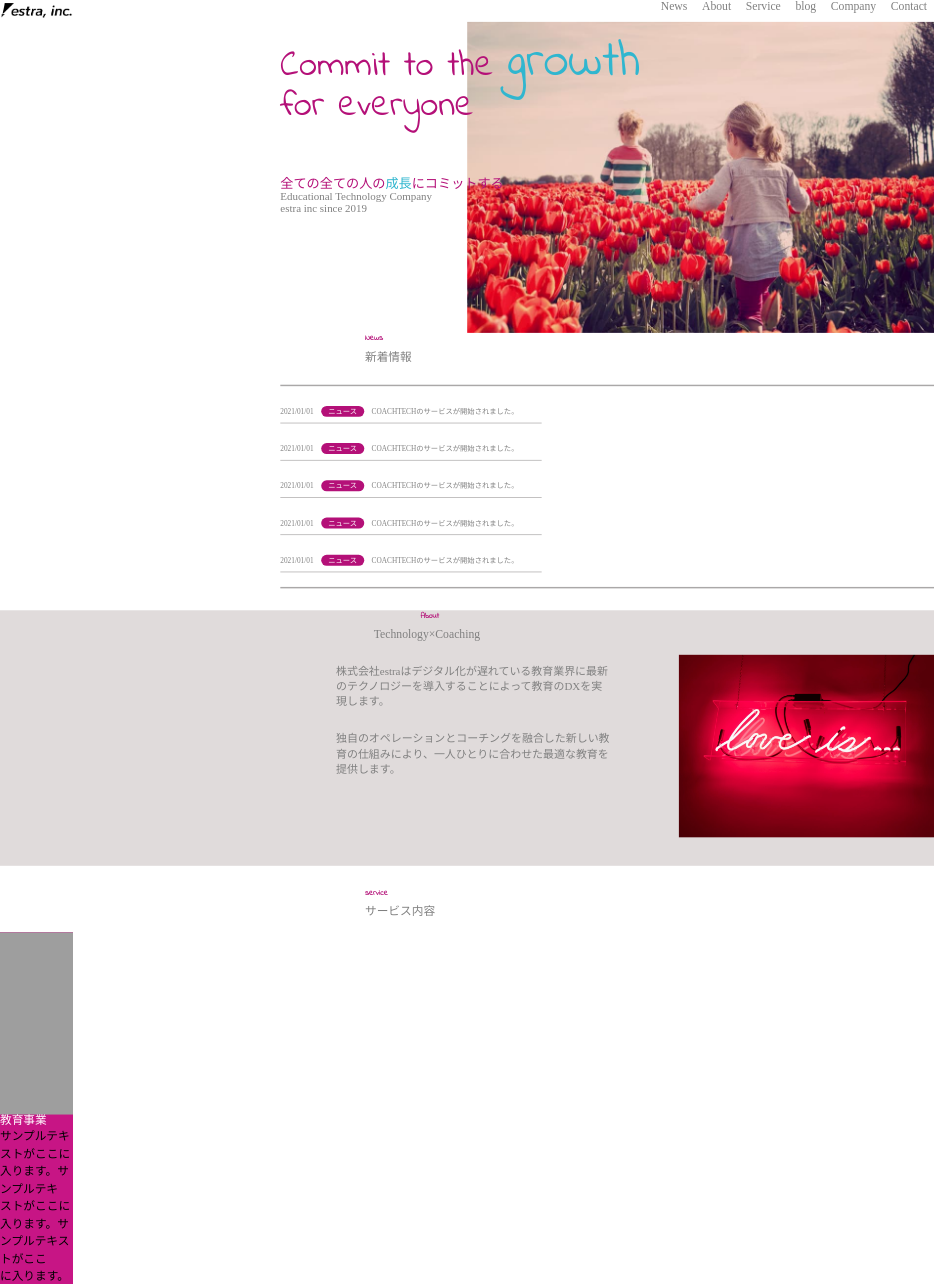
Repository: sigemasaasuka/20210902
Page: index.html
An editor plug-in stored every save of this project. The page is shown before and after the next save, followed by the edit.
The browser window is 1280 px wide. The pictures show the whole page, at 73% of full size.
Pictures or frames that could not be fetched are drawn as grey boxes.

Above is the page before, as saved 2021-09-25 20:52:28.

### index.html
<!DOCTYPE html>
<html lang="ja">

<head>
  <meta charset="UTF-8">
  <meta name="viewport" content="width=device-width, initial-scale=1.0">
  <title>Document</title>
  <link rel="stylesheet" href="css/style.css">
  <link rel="stylesheet" href="css/reset.css">
  <link rel="preconnect" href="https://fonts.googleapis.com">
  <link rel="preconnect" href="https://fonts.gstatic.com" crossorigin>
  <link href="https://fonts.googleapis.com/css2?family=Indie+Flower&display=swap" rel="stylesheet">
</head>

<body>
  <div class="flex">
    <div class="logo">
      <img src="img/img/estra_logo.png" alt="estra_logo" width="100px" height="30px">
    </div>
    <div class="parent">
      <div class="child">News</div>
      <div class="child">About</div>
      <div class="child">Service</div>
      <div class="child">blog</div>
      <div class="child">Company</div>
      <div class="child">Contact</div>

    </div>
  </div>
  <div class="relative">
    <img class="relative__img" src="img/img/firstview.jpg" alt="firstview">
    <div class="example">
      <h1>Commit to the <span class="document"> growth</span> <br>for everyone</h1>
    </div>
    <div class="second">
      <h3>全ての全ての人の<span class="second-txt">成長</span>にコミットする</h3>
      <p class="subtitle">Educational Technology Company<br>estra inc since 2019</p>
    </div>
  </div>
  <div class="smlltitle">
    <h6>News</h6>
  </div>
  <div class="list">
    <h3>新着情報</h3>
  </div>
  <div class="local">
    <div class="info">
      <p>
        2021/01/01　<a class="practice__btn">ニュース</a>　COACHTECHのサービスが開始されました。
      </p>
    </div>
    <div class="info">
      <p>
        2021/01/01　<a class="practice__btn">ニュース</a>　COACHTECHのサービスが開始されました。
      </p>
    </div>
    <div class="info">
      <p>
        2021/01/01　<a class="practice__btn">ニュース</a>　COACHTECHのサービスが開始されました。
      </p>
    </div>
    <div class="info">
      <p>
        2021/01/01　<a class="practice__btn">ニュース</a>　COACHTECHのサービスが開始されました。
      </p>
    </div>
    <div class="info">
      <p>
        2021/01/01　<a class="practice__btn">ニュース</a>　COACHTECHのサービスが開始されました。
      </p>
    </div>
  </div>
  <div class="colored">
    <div class="smlltitle-2">
      <h6>About</h6>
    </div>
    <div class="list-2">
      <h3>Technology×Coaching</h3>
    </div>
    <div class="flex">
    <div class="info-txt">
      <div class="relate">
        株式会社estraはデジタル化が遅れている教育業界に最新のテクノロジーを導入することによって教育のDXを実現します。
      </div>
      <div class="relate-txt">
        独自のオペレーションとコーチングを融合した新しい教育の仕組みにより、一人ひとりに合わせた最適な教育を提供します。
      </div>

    </div>
      <div class="about">
        <img class="picture__img" src="img/img/about.jpg" alt="about">
      </div>
  </div>
  </div>

  <div class="service">
  <div class="smlltitle-3">
    <h6>service</h6>
  </div>
  <div class="list-3">
    <h3>サービス内容</h3>
  </div>
  <div class="colored2">
  <div class="photo">
    <img class="service__img" src="img/img/service__fitst.svg" alt="service">
  </div>
  <div class="title">
    <h3>教育事業</h3>
   </div>
  <div class="explain">
    サンプルテキストがここに入ります。サンプルテキ<br>ストがここに入ります。サンプルテキストがここ<br>に入ります。
  </div>
</div>
</div>


</body>

</html>

### css/style.css
.img {
  text-align: left;
}

.parent {
  display: flex;
  justify-content: space-between;
  color: gray;
}

.child {
  margin: 0 10px;
  font-weight: lighter;
}

.logo {
  width: 100px;
}
.flex {
  display: flex;
  justify-content: space-between;
  height: 30px;
}

.relative {
  position: relative;
}

.relative__img {
  margin: 0 0 0 auto;
  display: block;
  width: 50%;
}

.example {
  position: absolute;
  top: 5%;
  left: 30%;
  font-size: 50px;
  color: #b41078;
  font-family: "Indie Flower", cursive;
}

.document {
  top: 5%;
  left: 30%;
  font-size: 70px;
  color: #30b6cf;
  font-family: "Indie Flower", cursive;
}

.second {
  position: absolute;
  top: 50%;
  left: 30%;
  font-size: 18px;
  color: #b41078;
}

.second-txt {
  top: 50%;
  left: 30%;
  font-size: 18px;
  color: #30b6cf;
}

.subtitle {
  margin: 0;
  font-size: 15px;
  color: gray;
  font-weight: lighter;
}

.smlltitle {
  color: #b41078;
  font-family: "Indie Flower", cursive;
  margin-left: 500px;
}

.list {
  color: gray;
  margin-left: 500px;
  margin-top: 10px;
}

.local {
  margin-top: 30px;
  margin-left: 30%;
  margin-right: 30px;
  border-color: rgb(170, 168, 168);
  border-top: solid 2px rgb(170, 168, 168);
  border-bottom: solid 2px rgb(170, 168, 168);
  width: 70%;
}

.info {
  margin-bottom: 20px;
  border-width: 0 0 1px 0;
  border-style: solid;
  line-height: 30px;
  border-color: rgb(173, 171, 171);
  margin-top: 20px;
  padding-left: 0;
  font-size: 10px;
  color: gray;
  width: 40%;
}

.practice__btn {
  width: 100px;
  padding: 2px 10px;
  color: #fff;
  border-radius: 30px;
  background-color: #b41078;
  text-align: center;
  margin: 0 auto 0;
}

.colored {
  height: 350px;
  background-color: rgb(224, 219, 219);
  margin-top: 30px;
}
.smlltitle-2 {
  color: #b41078;
  font-family: "Indie Flower", cursive;
  margin-left: 45%;
}

.list-2 {
  color: gray;
  margin-left: 40%;
  margin-top: 10px;
}

.relate {
  color: gray;
  font-size: 15px;
  margin-left: 55%;
  margin-top: 30px;
}

.relate-txt {
  color: gray;
  font-size: 15px;
  margin-left: 55%;
  margin-top: 30px;
}

.picture__img {
  margin-top: 20px;
  width: 350px;
  height: 250px;
}

.smlltitle-3 {
  color: #b41078;
  font-family: "Indie Flower", cursive;
  margin-left: 500px;
  margin-top: 30px;
}

.list-3 {
  color: gray;
  margin-left: 500px;
  margin-top: 10px;
}
.colored2 {
  background-color: #c71585;
  margin-top: 20px;
  width: 100px;
  height: ;
}

.service__img {
  width: 350px;
  height: 250px;
}

.title {
  color: #fff;
}

.photo {
  font-size: 15px;
  color: #fff;
}

### css/reset.css
@charset "UTF-8";
html,
body,
div,
span,
applet,
object,
iframe,
h1,
h2,
h3,
h4,
h5,
h6,
p,
blockquote,
pre,
a,
abbr,
acronym,
address,
big,
cite,
code,
del,
dfn,
em,
img,
ins,
kbd,
q,
s,
samp,
small,
strike,
strong,
sub,
sup,
tt,
var,
b,
u,
i,
center,
dl,
dt,
dd,
ol,
ul,
li,
fieldset,
form,
label,
legend,
table,
caption,
tbody,
tfoot,
thead,
tr,
th,
td,
article,
aside,
canvas,
details,
embed,
figure,
figcaption,
footer,
header,
hgroup,
menu,
nav,
output,
ruby,
section,
summary,
time,
mark,
audio,
video {
  margin: 0;
  padding: 0;
  border: none;
  font-style: normal;
  text-align: left;
  zoom: 1;
}
article,
aside,
details,
figcaption,
figure,
footer,
header,
hgroup,
menu,
nav,
section {
  display: block;
}
table {
  border-collapse: collapse;
  font-family: inherit;
}
h1,
h2,
h3,
h4,
h5 {
  font-size: 100%;
  font-weight: normal;
  line-height: 1;
}
input,
textarea,
select {
  font-family: inherit;
  font-size: 16px;
}
input[type="button"],
input[type="text"],
input[type="submit"] {
  -webkit-appearance: none;
  border-radius: 0;
}
textarea {
  resize: none;
  -webkit-appearance: none;
  border-radius: 0;
}
th,
td {
  border-collapse: collapse;
}
table th,
table td {
  white-space: nowrap;
}
ul,
ol {
  list-style-type: none;
}
img {
  vertical-align: text-bottom;
  vertical-align: -webkit-baseline-middle;
  max-width: 100%;
  height: auto;
  width/***/: auto;
}

After the next save:
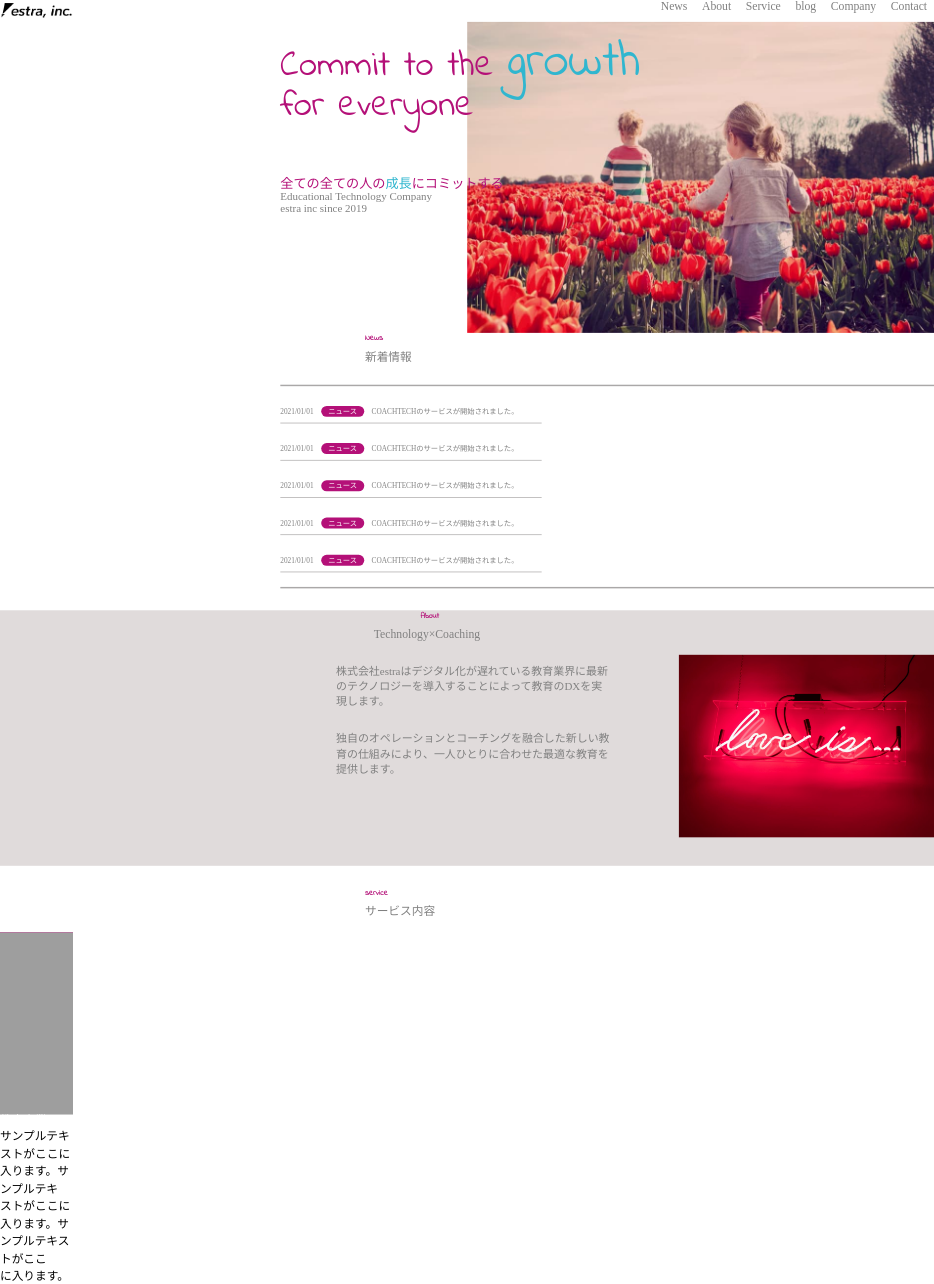
Saved 4 s later.
--- a/css/style.css
+++ b/css/style.css
@@ -169,7 +169,7 @@
   background-color: #c71585;
   margin-top: 20px;
   width: 100px;
-  height: ;
+  height: 50px;
 }
 
 .service__img {

After the save that followed:
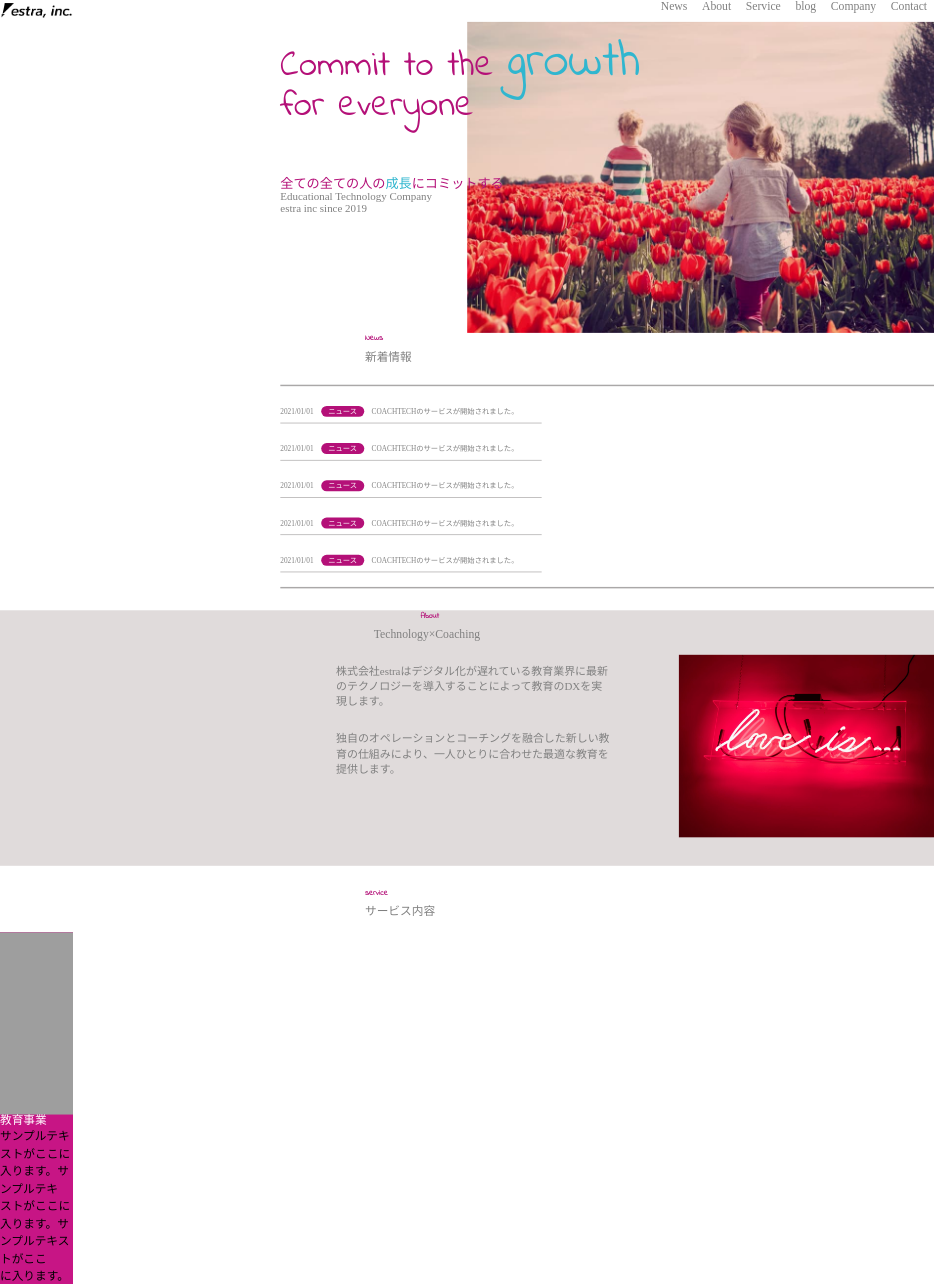
Saved 11 s later.
--- a/css/style.css
+++ b/css/style.css
@@ -169,7 +169,7 @@
   background-color: #c71585;
   margin-top: 20px;
   width: 100px;
-  height: 50px;
+
 }
 
 .service__img {
